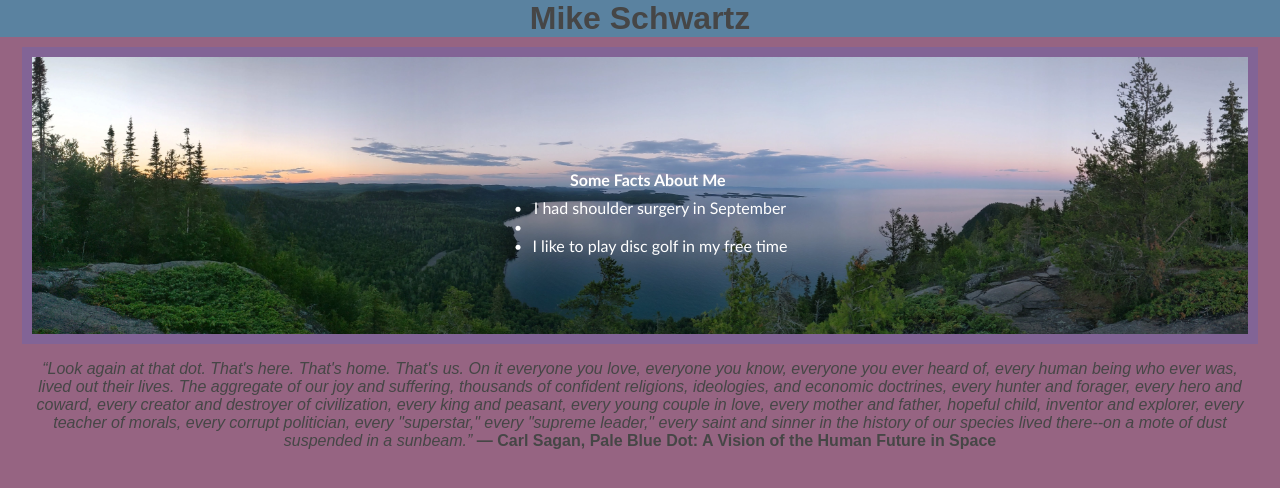
Repository: Ellusionism/prime-pw-week-1-assignment
Page: assignment/index.html
The author's editor kept a copy of each file at every save. The page is drawn from the files as they stood at one save, then again after a run of saves.
The browser window is 1280 px wide. The pictures show the whole page.

Above is the page before, as saved 2022-10-26 16:29:02.

After the next 2 saves:
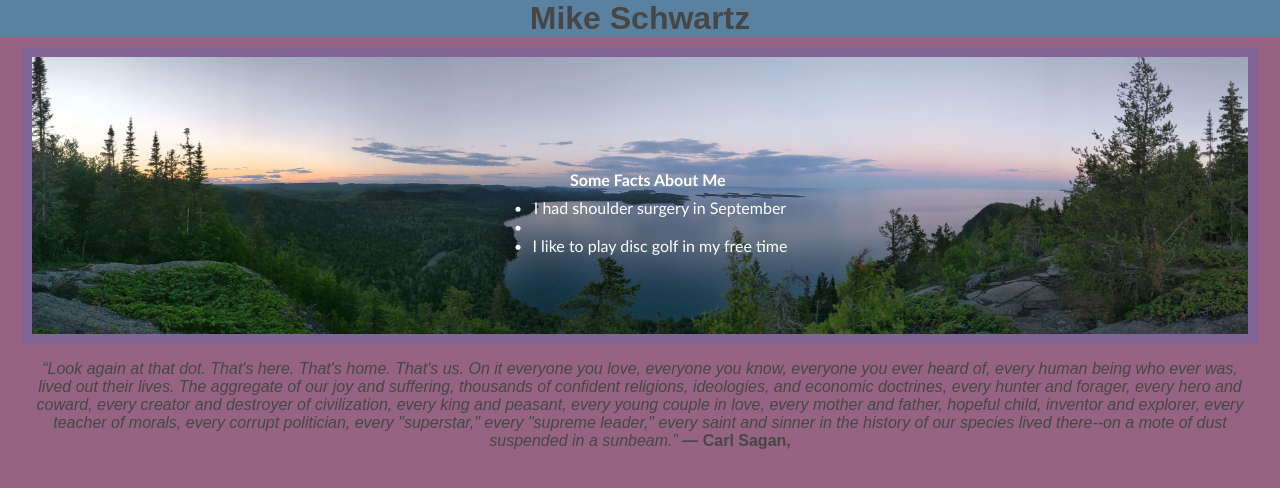
The 2 saves are shown as one change because they came seconds apart.
The last was saved 24 s later.
--- a/assignment/index.html
+++ b/assignment/index.html
@@ -31,7 +31,7 @@
     <!-- Create a footer element -->
     <footer class="fav-quote clearfix">
         <p>“Look again at that dot. That's here. That's home. That's us. On it everyone you love, everyone you know, everyone you ever heard of, every human being who ever was, lived out their lives. The aggregate of our joy and suffering, thousands of confident religions, ideologies, and economic doctrines, every hunter and forager, every hero and coward, every creator and destroyer of civilization, every king and peasant, every young couple in love, every mother and father, hopeful child, inventor and explorer, every teacher of morals, every corrupt politician, every "superstar," every "supreme leader," every saint and sinner in the history of our species lived there--on a mote of dust suspended in a sunbeam.”
-            <span class="cite">― Carl Sagan, Pale Blue Dot: A Vision of the Human Future in Space</span></p>
+            <span class="cite">― Carl Sagan, <span class="" Pale Blue Dot: A Vision of the Human Future in Space</span></p>
     </footer>
     <!-- Inside your footer, put a <p> element with your favorite quote -->
 </body>

After the 3 saves that followed:
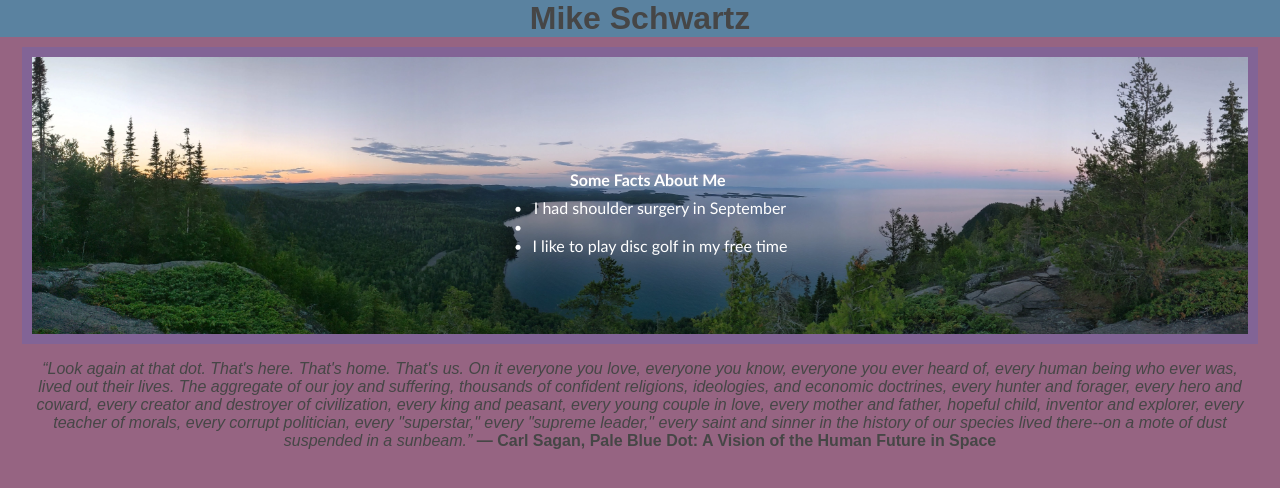
The 3 saves are shown as one change because 1 left the picture as it was and some came seconds apart.
The last was saved 17 s later.
--- a/assignment/index.html
+++ b/assignment/index.html
@@ -31,7 +31,7 @@
     <!-- Create a footer element -->
     <footer class="fav-quote clearfix">
         <p>“Look again at that dot. That's here. That's home. That's us. On it everyone you love, everyone you know, everyone you ever heard of, every human being who ever was, lived out their lives. The aggregate of our joy and suffering, thousands of confident religions, ideologies, and economic doctrines, every hunter and forager, every hero and coward, every creator and destroyer of civilization, every king and peasant, every young couple in love, every mother and father, hopeful child, inventor and explorer, every teacher of morals, every corrupt politician, every "superstar," every "supreme leader," every saint and sinner in the history of our species lived there--on a mote of dust suspended in a sunbeam.”
-            <span class="cite">― Carl Sagan, <span class="" Pale Blue Dot: A Vision of the Human Future in Space</span></p>
+            <span class="cite">― Carl Sagan, <span class="cite-book"> Pale Blue Dot: A Vision of the Human Future in Space</span></p>
     </footer>
     <!-- Inside your footer, put a <p> element with your favorite quote -->
 </body>
